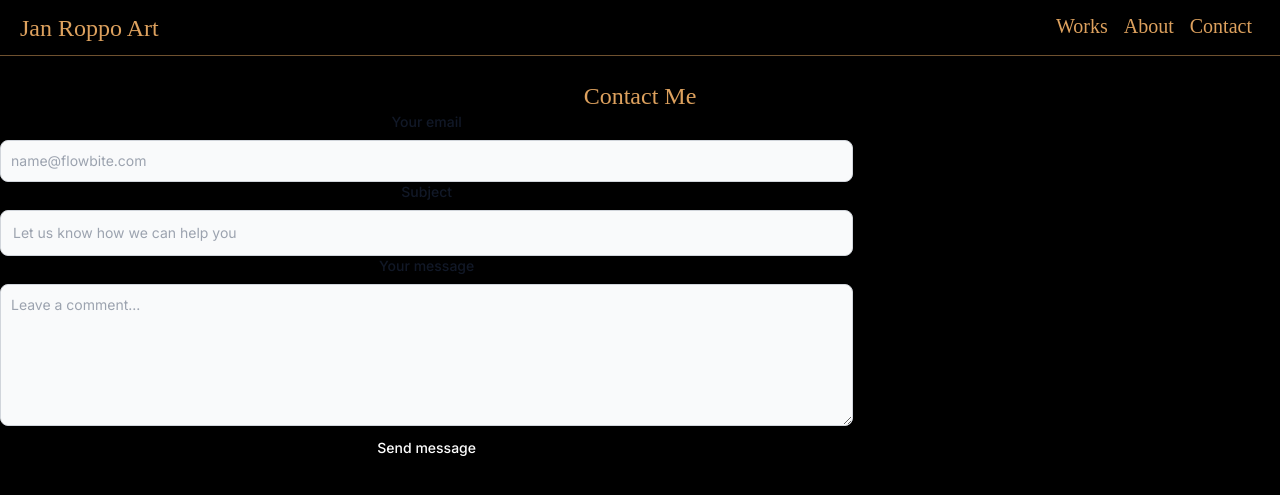
Repository: YanceMcFinn/JRArt
Page: /contact
These files come from the project's save history. The page is drawn as it stood at one moment and after the next save; the edit follows.
The browser window is 1280 px wide. The pictures show the whole page.
The project was rebuilt for these pictures with package versions that can differ from the ones it lists, and the page was loaded fresh each time. The framework's server and built-in components were replaced by stand-ins that run in the browser. Also part of the build but not shown: next.config.js.

Above is the page before, as saved 2023-10-19 20:21:48.

After the next save:
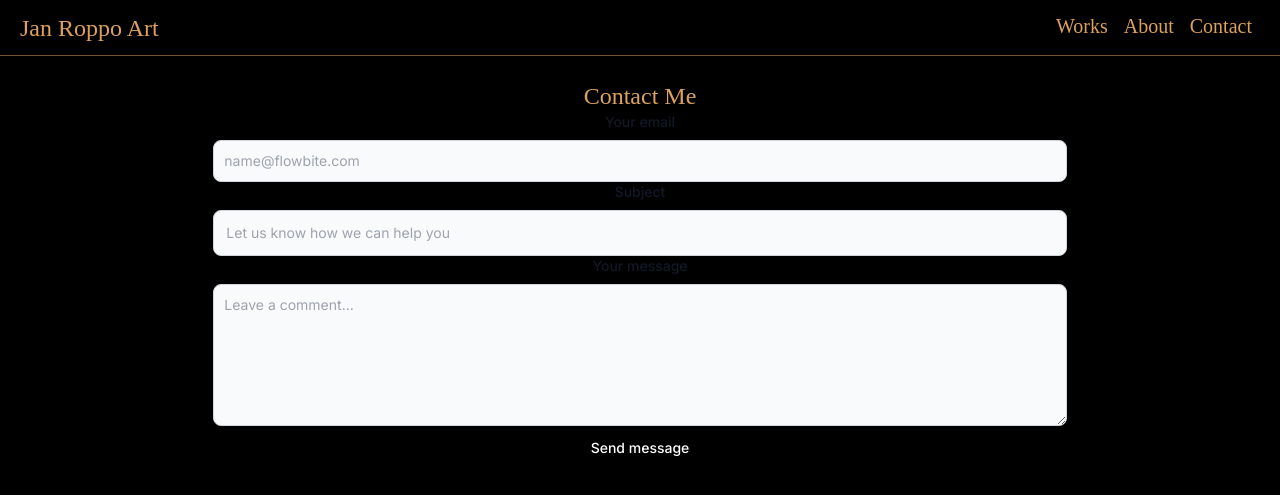
Saved 28 s later.
--- a/app/contact/page.jsx
+++ b/app/contact/page.jsx
@@ -6,7 +6,7 @@ export default function Contact() {
     return(
         <div className='text-main-color text-center justify-content-center mt-20'>
             <div className='title text-center text-2xl'>Contact Me</div>
-                <form className='w-2/3'>
+                <form className='w-2/3 mx-auto'>
                     <div>
                         <label for="email" class="block mb-2 text-sm font-medium text-gray-900 dark:text-gray-300">Your email</label>
                         <input type="email" id="email" class="shadow-sm bg-gray-50 border border-gray-300 text-gray-900 text-sm rounded-lg focus:ring-primary-500 focus:border-primary-500 block w-full p-2.5 dark:bg-gray-700 dark:border-gray-600 dark:placeholder-gray-400 dark:text-white dark:focus:ring-primary-500 dark:focus:border-primary-500 dark:shadow-sm-light" placeholder="name@flowbite.com" required/>
